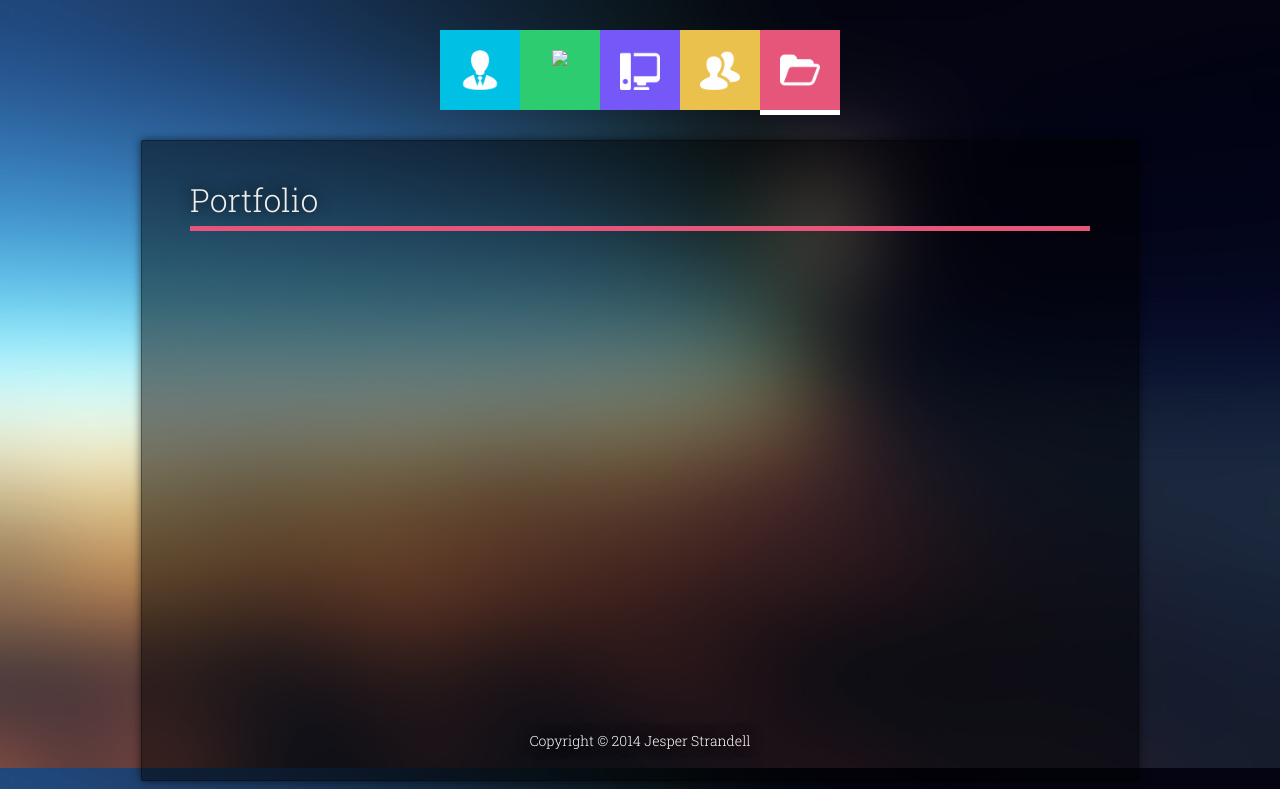
Repository: ja222vv/minipage
Page: pages/portfolio.html
The author's editor kept a record of every edit. The page is drawn from the files as they stood at one moment, then again after the next edit.
The browser window is 1280 px wide. The pictures show the whole page.
Backgrounds fixed to the window are drawn as part of the page.

Above is the page before.
Not found: pages/css/pics/wrench.png
Not found: pages/scripts/script.js

### pages/portfolio.html
<!doctype html>
<html lang="sv">
    <head>
        <meta charset="UTF-8" />
        <title>Portfolio</title>
        <link rel="stylesheet" href="../css/style.css" />
        <link rel="stylesheet" href="../css/hover.css" />
    </head>
    <body>
        <div class="menu">
            <div class="tile blue shrink" id="aboutme">
                <a href="../index.html">
            	<img src="../css/pics/personimage.png" class="icon" />
            	<span class="title"></span>
                </a>
            </div>
            <div class="tile mint shrink" id="experience">
                <a href="experience.html" id="link_exp">
            	<img src="css/pics/wrench.png" class="icon" />
            	<span class="title"></span>
            	</a>
            </div>
            <div class="tile purple shrink shrink" id="knowledge">
                <a href="knowledge.html">
            	<img src="../css/pics/workstation.png" class="icon" />
                <span class="title"></span>
                </a>
            </div>
            <div class="tile yellow shrink" id="references">
                <a href="references.html">
                <img src="../css/pics/group.png" class="icon" />
            	<span class="title"></span>
                </a>
            </div>
            <div class="tile red active shrink" id="portfolio">
            	<a href="#">
            	<img src="../css/pics/folder.png" class="icon" />
            	<span class="title"></span>
            	</a>
            </div>
        </div>
        <div class="container">
		    <div class="headerred">
                <h1>Portfolio</h1>
            </div>
            <div class="subcontent">
                <p>

                </p>
            </div>
		    <div class="footer">
		        <p>Copyright © 2014 Jesper Strandell</p>
		    </div>
        </div>
        <script type="text/javascript" src="scripts/script.js"></script>
    </body>
</html>

### css/style.css
@import url(//fonts.googleapis.com/css?family=Roboto+Slab:300);

@font-face {
    font-family: LeagueScript;
    src: url('LeagueScript.otf');
}

/*
outline: 7px solid rgba(255,255,255,0);
transition: outline .5s ease-out;
position: relative; /* outline */

html {
	background: #000 url(pics/wallpaper.jpg) no-repeat fixed center center;
	background-size: cover;
	overflow-y: scroll;
}

body {
	font-family: 'Roboto slab', serif;
	color: #FFFFFF;
	font-size: 16px;
	text-shadow: 1px 1px 15px #111;
}
img {
    border:none;
}
h1 {
  color: #eee;
  font-weight:normal;
}
.logotype {
    font-family: LeagueScript;
    font-size:36px;
    font-weight: bold;
    margin-left:30px;
    float:left;
}
.meta {
    font-size:20px;
    font-family: LeagueScript;
    text-align:center;
    margin-left:60px;
    float:left;
}
.meta p {
    margin:0;
    text-shadow: -1px -1px 15px #000000;
}
/* Menyn börjar */
.menu {
    width: 400px;
    height: 80px;
    margin-top:30px;
    margin-left:auto;
	margin-right:auto;
}
.headerblue {
    margin-left:auto;
	margin-right:auto;
	border-bottom: solid 5px #00c0e4;
}
.headermint {
    margin-left:auto;
	margin-right:auto;
	border-bottom: solid 5px #2ecc71;
}
.headerpurple {
    margin-left:auto;
	margin-right:auto;
	border-bottom: solid 5px #7658f8;
}
.headeryellow {
    margin-left:auto;
	margin-right:auto;
	border-bottom: solid 5px #eac14d;
}
.headerred {
    margin-left:auto;
	margin-right:auto;
	border-bottom: solid 5px #e6567a;
}
.headerblue h1, .headermint h1, .headerpurple h1, .headeryellow h1, .headerred h1 {
    margin-bottom: 5px;
}
.tile {
    width: 80px;
	height: 80px;
	text-align: center;
	float:left;
}
.tile > a {
	width: inherit;
	height: inherit;
	display: block;
	color: #fff;
	text-decoration: none !important;
}
.active {
    border-bottom:solid 5px #FFFFFF;
}
.blue {
    background-color: #00c0e4;
}
.mint {
    background-color: #2ecc71;
}
.purple {
    background-color: #7658f8;
}
.yellow {
    background-color: #eac14d;
}
.red {
    background-color: #e6567a;
}
.icon {
	max-width:40px;
    max-height:40px;
    width:auto;
    height:auto;
    margin-top:20px;
}
.title {
	display: block;
}
/* Menyn slutar */
/* Innehåll börjar*/
.container {
    padding: 1em 3em;
	width: 900px;
	min-height: 600px;
	margin-top: 30px;
	margin-left:auto;
	margin-right:auto;
	box-shadow: 0 0 10px rgba(0,0,0,.6);
	border-radius: 2px;
	border: 1px solid #000000;
	border: 1px solid rgba(0,0,0,.3);
	background: rgba(0,0,0,.5);
	text-shadow: -1px -1px 15px #000000;
	filter: progid:DXImageTransform.Microsoft.gradient(GradientType=0,startColorstr='#4c000000', endColorstr='#4c000000');

}
.subcontent {
    min-height: 470px;
}
.nostyle {
    list-style:none;
}
.footer {
    font-size: 14px;
    text-align:center;
}
/* Innehåll slutar*/


* {
	-webkit-touch-callout: none;
	-webkit-user-select: none;
	-khtml-user-select: none;
	-moz-user-select: none;
	-ms-user-select: none;
	user-select: none;
}

Loaded but not shown: css/hover.css (2067 lines, source omitted)

After the next edit:
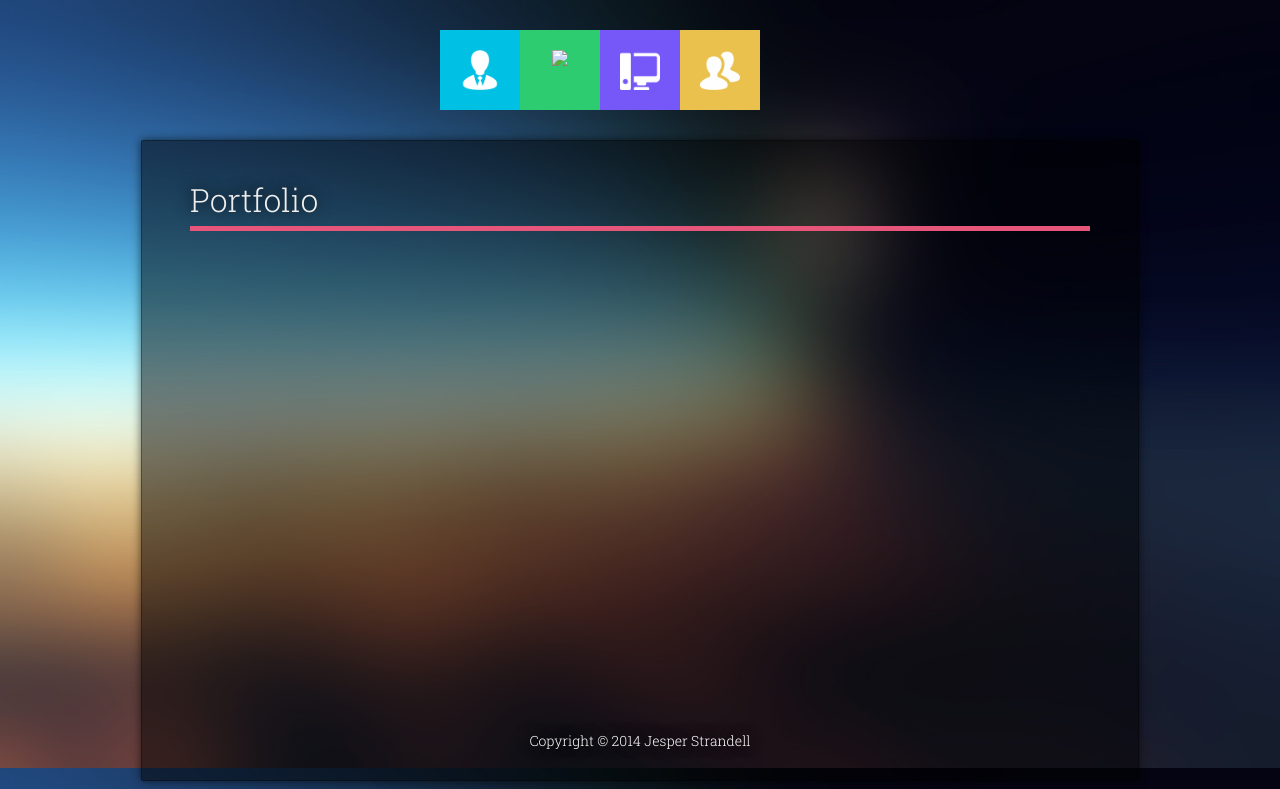
The edit:
--- a/pages/portfolio.html
+++ b/pages/portfolio.html
@@ -32,12 +32,7 @@
             	<span class="title"></span>
                 </a>
             </div>
-            <div class="tile red active shrink" id="portfolio">
-            	<a href="#">
-            	<img src="../css/pics/folder.png" class="icon" />
-            	<span class="title"></span>
-            	</a>
-            </div>
+
         </div>
         <div class="container">
 		    <div class="headerred">
